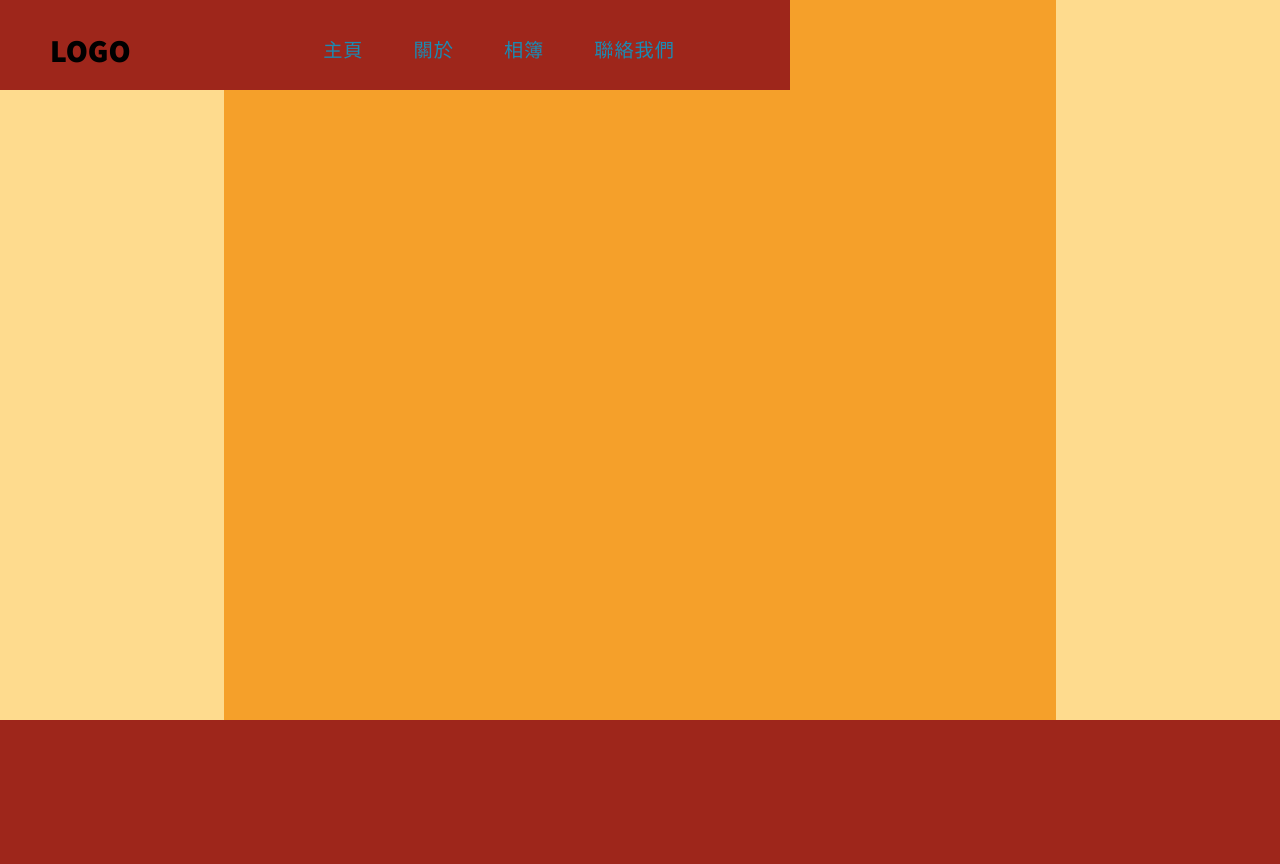
Repository: KevinYu0515/guanghui-food-website
Page: /
The author's editor kept a copy of each file at every save. The page is drawn from the files as they stood at one save, then again after the next save.
The browser window is 1280 px wide. The pictures show the whole page.
The project was rebuilt for these pictures with package versions that can differ from the ones it lists, and the page was loaded fresh each time. Also part of the build but not shown: vue.config.js.

Above is the page before, as saved 2022-03-17 14:56:09.

After the next save:
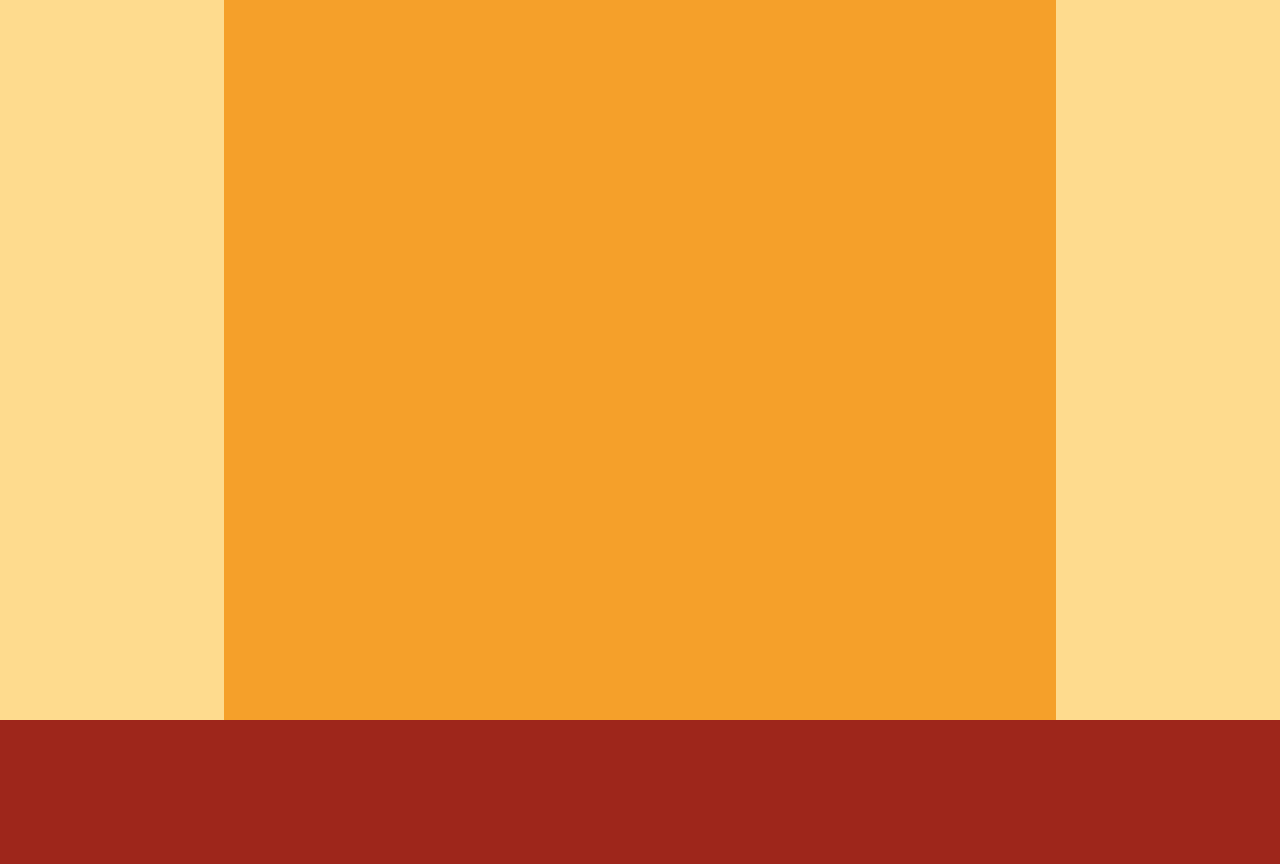
Saved 42 s later.
--- a/src/App.vue
+++ b/src/App.vue
@@ -1,6 +1,5 @@
 <template>
   <div class="app">
-    <Navbar></Navbar>
       <router-view/>
     <Footer></Footer>
   </div>
